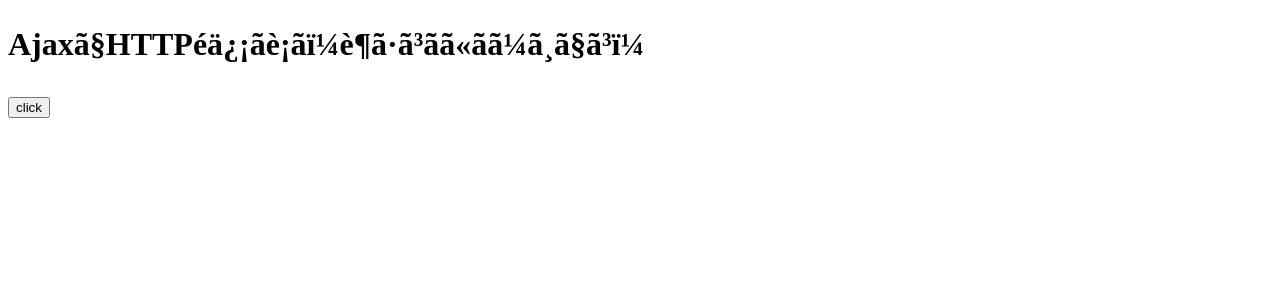
Repository: nguyenvantandev/WebApp
Page: http://localhost/AjaxExample/
These files come from the project's save history. The page is drawn as it stood at one moment and after the next save; the edit follows.
The browser window is 1280 px wide. The pictures show the whole page.
Some web libraries are served in a nearby version. The page is served by Tomcat 9.

Above is the page before, as saved 2016-06-23 01:12:43.

After the next save:
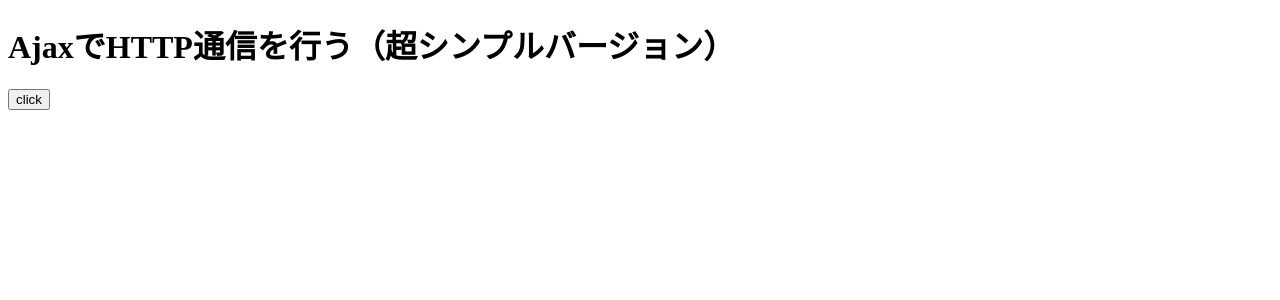
Saved 21 s later.
--- a/AjaxExample/WebContent/example.jsp
+++ b/AjaxExample/WebContent/example.jsp
@@ -1,5 +1,5 @@
-<%@ page language="java" contentType="text/html; charset=utf-8"
-    pageEncoding="ISO-8859-1"%>
+<%@ page language="java" contentType="text/html; charset=UTF-8"
+    pageEncoding="UTF-8"%>
 <!DOCTYPE html PUBLIC "-//W3C//DTD HTML 4.01 Transitional//EN" "http://www.w3.org/TR/html4/loose.dtd">
 <html>
 <head>
